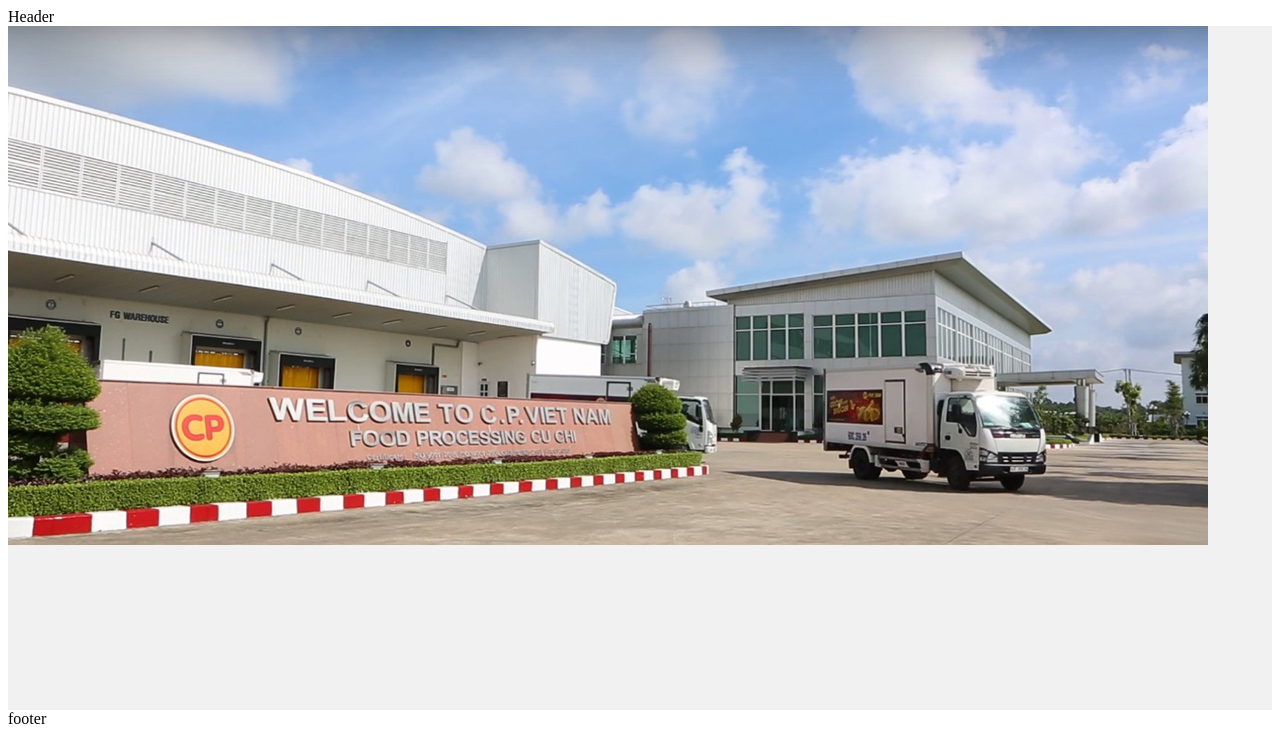
Repository: AxonsRDVN/monitor-environment
Page: /login (app in frontend/)
An editor plug-in stored every save of this project. The page is shown before and after the next save, followed by the edit.
The browser window is 1280 px wide. The pictures show the whole page.
The project was rebuilt for these pictures with package versions that can differ from the ones it lists, and the page was loaded fresh each time. Also part of the build but not shown: frontend/src/App.css. Imported but missing from the stored project, and not drawn on this page: frontend/src/page/Test/Test.

Above is the page before, as saved 2025-04-22 21:54:05.

### frontend/public/index.html
<!DOCTYPE html>
<html lang="en">
  <head>
    <meta charset="utf-8" />
    <link rel="icon" href="%PUBLIC_URL%/logo.ico" />
    <meta name="viewport" content="width=device-width, initial-scale=1" />
    <meta name="theme-color" content="#000000" />
    <meta
      name="description"
      content="Web site created using create-react-app"
    />
    <link rel="apple-touch-icon" href="%PUBLIC_URL%/logo192.png" />
    <!--
      manifest.json provides metadata used when your web app is installed on a
      user's mobile device or desktop. See https://developers.google.com/web/fundamentals/web-app-manifest/
    -->
    <link rel="manifest" href="%PUBLIC_URL%/manifest.json" />
    <!--
      Notice the use of %PUBLIC_URL% in the tags above.
      It will be replaced with the URL of the `public` folder during the build.
      Only files inside the `public` folder can be referenced from the HTML.

      Unlike "/favicon.ico" or "favicon.ico", "%PUBLIC_URL%/favicon.ico" will
      work correctly both with client-side routing and a non-root public URL.
      Learn how to configure a non-root public URL by running `npm run build`.
    -->
    <title>Axons - MEI</title>
  </head>
  <body>
    <noscript>You need to enable JavaScript to run this app.</noscript>
    <div id="root"></div>
    <!--
      This HTML file is a template.
      If you open it directly in the browser, you will see an empty page.

      You can add webfonts, meta tags, or analytics to this file.
      The build step will place the bundled scripts into the <body> tag.

      To begin the development, run `npm start` or `yarn start`.
      To create a production bundle, use `npm run build` or `yarn build`.
    -->
  </body>
</html>

### frontend/src/index.js
// index.tsx
import React from "react";
import ReactDOM from "react-dom/client";
import App from "./App";
import { ThemeProvider, createTheme } from "@mui/material/styles";

const theme = createTheme();

const root = ReactDOM.createRoot(document.getElementById("root"));
root.render(
  <ThemeProvider theme={theme}>
    <App />
  </ThemeProvider>
);

### frontend/src/App.jsx
import "./App.css";
import { BrowserRouter, Routes, Route } from "react-router-dom";
import { ROUTE_PATH } from "./config/router.config";
import { Login } from "./page";
import Test from "./page/Test/Test";

function App() {
  return (
    <BrowserRouter>
      <Routes>
        <Route path="" element={<Test />} />
        <Route path={ROUTE_PATH.LOGIN} element={<Login />} />
      </Routes>
    </BrowserRouter>
  );
}

export default App;

### frontend/src/config/router.config.js
export const ROUTE_PATH = {
  HOME: "/home",
  SETTING_WARNING_THRESHOLD: "/settings/warning-threshold",
  SETTING_CLEANING_DAY: "/settings/cleaning-day",
  MONITORING_STATION: "/monitoring-station",
  DEVICE_MANAGEMENT: "/device-management",
  MAINTENANCE_APPROVAL: "/maintenance-approval",
  REPORT_DEVICE_STATUS: "/report/device-status",
  REPORT_WARNING_INDICATOR: "/report/warning-indicator",
  USER_MANAGEMENT: "/user-management",
  LOGIN: "/login",
  NOT_FOUND: "*",
};

### frontend/src/page/index.js
export { default as Login } from "./LoginPage/LoginPage.jsx";

### frontend/src/page/LoginPage/LoginPage.jsx
import { createTheme, ThemeProvider } from "@mui/material/styles";
import { Box } from "@mui/material";
import { Header, LoginForm, Footer } from "../../components";
import loginBackgroundImg from "../../assets/CPBackGround.jpg";

const Login = () => {
  return (
    <Box
      sx={{
        display: "flex",
        flexDirection: "column",
        height: "100vh",
        overflow: "hidden",
      }}
    >
      <Header />
      <Box sx={{ display: "flex", flexDirection: "row", flexGrow: 1 }}>
        <Box component="main" sx={{ backgroundColor: "#f1f1f1", flexGrow: 1 }}>
          <img
            className="login-background-image"
            src={loginBackgroundImg}
            alt="Background_Image"
          />
          {/* <LoginForm /> */}
        </Box>
      </Box>
      <Footer />
    </Box>
  );
};

export default Login;

### frontend/src/components/index.js
export { default as LoginForm } from "./LoginForm/LoginForm.jsx";
export { default as Footer } from "./Footer/Footer.jsx";
export { default as Header } from "./Header/Header.jsx";

### frontend/src/components/Footer/Footer.jsx
import { useTranslation } from "react-i18next";

const Footer = () => {
  const { t } = useTranslation("translation");

  return (
    <div className="footer-container-0">
      <div className="footer-container-1">{t("footer")}</div>
    </div>
  );
};

export default Footer;

### frontend/src/components/Header/Header.jsx
import { useTranslation } from "react-i18next";

const Header = () => {
  const { t } = useTranslation("translation");

  return (
    <div className="Header-container-0">
      <div className="Header-container-1">{t("Header")}</div>
    </div>
  );
};

export default Header;

### frontend/src/components/LoginForm/LoginForm.jsx
// import Modal from "react-bootstrap/Modal";
// import TextField from "@mui/material/TextField";
// import Checkbox from "@mui/material/Checkbox";
// import Button from "@mui/material/Button";
// import ReactCountryFlag from "react-country-flag";
// import i18n from "i18next";
// import { useTranslation } from "react-i18next";
// import { useState } from "react";
// import { useNavigate } from "react-router-dom";
// import { ROUTE_PATH } from "../../config/router.config.js";
// import {
//   FormControl,
//   IconButton,
//   InputAdornment,
//   InputLabel,
//   OutlinedInput,
// } from "@mui/material";
// import { Visibility, VisibilityOff } from "@mui/icons-material";
// import { LANGUAGE_TYPE } from "../../i18n/type";
// import logo from "../../assets/CPBackGround.jpg";
// import { toast } from "react-toastify";
// import { initToast } from "../../utils/helper";
// import { ToastId } from "../../config/app.config";
// import "./LoginForm.css";
// // import API from "../../api/api.js";

// const LoginForm = () => {
//   // const [email, setEmail] = useState("");
//   const [username, setUsername] = useState("");
//   const [password, setPassword] = useState("");
//   const [showPassword, setShowPassword] = useState(false);
//   const [showWarningEmail, setShowWarningEmail] = useState(false);
//   const [showWarningPassword, setShowWarningPassword] = useState(false);
//   const [fullscreen, setFullSreen] = useState(
//     window.innerWidth > 600 ? undefined : true
//   );
//   const navigate = useNavigate();

//   const handleClickShowPassword = () => setShowPassword((show) => !show);

//   const handleMouseDownPassword = (event) => {
//     event.preventDefault();
//   };

//   const { t } = useTranslation("translation");

//   const handlePressEnter = (event) => {
//     if (event.code === "Enter") {
//       handleLoginBtn();
//     }
//   };

//   const handleChangeUsername = (e) => {
//     setUsername(e.target.value);
//     if (e.target.value) {
//       setShowWarningEmail(false);
//     }
//   };

//   const handleChangePassword = (e) => {
//     setPassword(e.target.value);
//     if (e.target.value) {
//       setShowWarningPassword(false);
//     }
//   };

//   const handleLoginBtn = async (e) => {
//     initToast(ToastId.Login);

//     if (!username) {
//       setShowWarningEmail(true);
//       return;
//     }

//     if (!password) {
//       setShowWarningPassword(true);
//       return;
//     }

//     try {
//     } catch (error) {
//       console.error("Lỗi đăng nhập:", error);

//       if (error.response) {
//         // Kiểm tra mã lỗi từ API
//         if (error.response.status === 400 || error.response.status === 401) {
//           toast.update(ToastId.Login, {
//             render: t("toast_login_wrong_info"),
//             type: "error",
//             isLoading: false,
//             autoClose: 3000,
//           });
//         } else if (error.response.status >= 500) {
//           toast.update(ToastId.Login, {
//             render: t("toast_login_server_error"),
//             type: "error",
//             isLoading: false,
//             autoClose: 3000,
//           });
//         } else {
//           toast.update(ToastId.Login, {
//             render: error.response.data?.message || t("toast_login_fail"),
//             type: "error",
//             isLoading: false,
//             autoClose: 3000,
//           });
//         }
//       } else {
//         // Trường hợp không có response từ server (mạng lỗi, API không phản hồi)
//         toast.update(ToastId.Login, {
//           render: t("toast_login_cannot_connect"),
//           type: "error",
//           isLoading: false,
//           autoClose: 3000,
//         });
//       }
//     }
//   };

//   const handleChangeLanguage = (lang) => {
//     i18n.changeLanguage(lang);
//   };

//   window.addEventListener("resize", () => {
//     setFullSreen(window.innerWidth > 600 ? undefined : true);
//   });

//   return (
//     <div>
//       <Modal show={true} centered fullscreen={fullscreen}>
//         <Modal.Body as="div">
//           <div className="login-form-container">
//             <div className="d-flex flex-column align-items-center">
//               <img src={logo} alt="logo" className="login-form-logo-img" />
//               <div className="login-form-logo-img-content">IT CPV</div>
//               <div className="login-form-title-2">{t("header_title")}</div>
//             </div>
//             <div className="d-flex flex-row">
//               <div className="login-form-title">{t("login_title")}</div>
//               <div className="login-form-flag-item">
//                 <div className="d-flex flex-row-reverse align-items-center">
//                   <IconButton
//                     size="small"
//                     className={
//                       i18n.language === LANGUAGE_TYPE.ENGLISH
//                         ? "header-lang-btn-choosed"
//                         : ""
//                     }
//                     onClick={() => handleChangeLanguage(LANGUAGE_TYPE.ENGLISH)}
//                   >
//                     <ReactCountryFlag
//                       countryCode="US"
//                       svg
//                       className="header-container-2-sub-2-flag"
//                     />
//                   </IconButton>
//                   <IconButton
//                     size="small"
//                     sx={{ marginRight: "5px" }}
//                     className={
//                       i18n.language === LANGUAGE_TYPE.VIETNAMESE
//                         ? "header-lang-btn-choosed"
//                         : ""
//                     }
//                     onClick={() =>
//                       handleChangeLanguage(LANGUAGE_TYPE.VIETNAMESE)
//                     }
//                   >
//                     <ReactCountryFlag
//                       countryCode="VN"
//                       svg
//                       className="header-container-2-sub-2-flag"
//                     />
//                   </IconButton>
//                 </div>
//               </div>
//             </div>
//             <div className="mb-4">
//               <TextField
//                 variant="outlined"
//                 fullWidth
//                 sx={{ fontFamily: "IBM Plex Sans" }}
//                 label={t("login_email")}
//                 focused
//                 placeholder={t("login_email_placehoder")}
//                 value={username}
//                 onChange={handleChangeUsername}
//                 onKeyDown={handlePressEnter}
//               />
//               {showWarningEmail && (
//                 <div className="login-form-text-field-warning">
//                   {t("login_email_warning")}
//                 </div>
//               )}
//             </div>
//             <div className="mb-2">
//               <FormControl variant="outlined" fullWidth focused>
//                 <InputLabel htmlFor="outlined-adornment-password">
//                   {t("login_password")}
//                 </InputLabel>
//                 <OutlinedInput
//                   type={showPassword ? "text" : "password"}
//                   endAdornment={
//                     <InputAdornment position="end">
//                       <IconButton
//                         aria-label="toggle password visibility"
//                         onClick={handleClickShowPassword}
//                         onMouseDown={handleMouseDownPassword}
//                         edge="end"
//                       >
//                         {showPassword ? <VisibilityOff /> : <Visibility />}
//                       </IconButton>
//                     </InputAdornment>
//                   }
//                   label={t("login_password")}
//                   sx={{ fontFamily: "IBM Plex Sans" }}
//                   placeholder={t("login_password_placehoder")}
//                   value={password}
//                   onChange={handleChangePassword}
//                   onKeyDown={handlePressEnter}
//                 />
//               </FormControl>
//               {showWarningPassword && (
//                 <div className="login-form-text-field-warning">
//                   {t("login_password_warning")}
//                 </div>
//               )}
//             </div>
//             <div className="d-flex flex-row align-items-center">
//               <Checkbox defaultChecked={false} />
//               <div>{t("login_reset_password")}</div>
//             </div>
//             <Button
//               variant="contained"
//               fullWidth
//               className="login-form-login-btn"
//               onClick={handleLoginBtn}
//             >
//               {t("login_title")}
//             </Button>
//             <div className="login-form-forgot-password-btn">
//               {t("login_forgot_password")}
//             </div>
//           </div>
//           <div className="login-form-padding-bottom"></div>
//         </Modal.Body>
//       </Modal>
//     </div>
//   );
// };

// export default LoginForm;

const LoginForm = () => {
  const a = "123";
  console.log(a);
  return (
    <div>
      <h1>Login Form</h1>
      1231231231
      {/* Add your login form elements here */}
    </div>
  );
};

export default LoginForm;

After the next save:
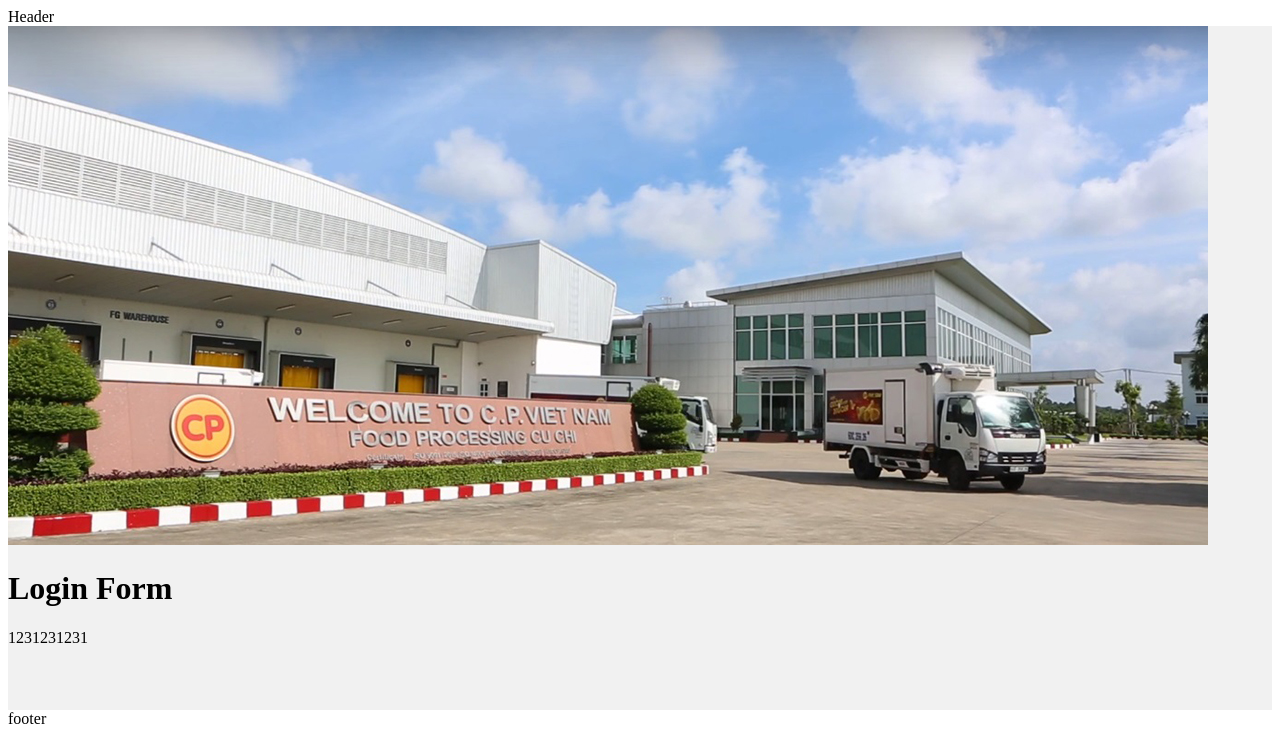
Saved 8 min 59 s later.
--- a/frontend/src/page/LoginPage/LoginPage.jsx
+++ b/frontend/src/page/LoginPage/LoginPage.jsx
@@ -21,7 +21,7 @@
             src={loginBackgroundImg}
             alt="Background_Image"
           />
-          {/* <LoginForm /> */}
+          <LoginForm />
         </Box>
       </Box>
       <Footer />
